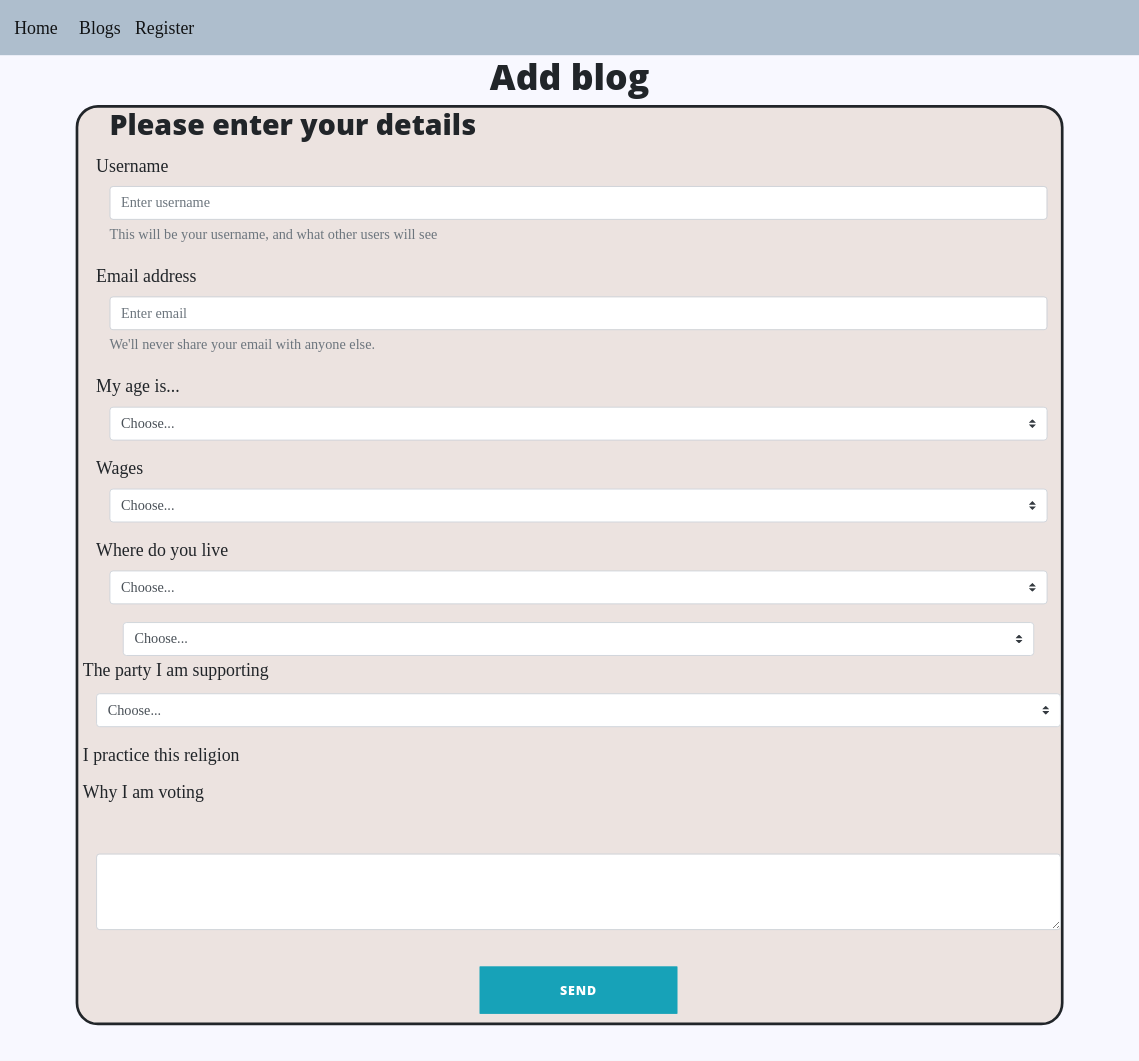
Repository: Rudancy/ms3
Page: templates/add_blog.html
The author's editor kept a record of every edit. The page is drawn from the files as they stood at one moment, then again after the next edit.
The browser window is 1280 px wide. The pictures show the whole page, at 89% of full size.
Some web libraries are served in a nearby version. The template is drawn by Flask 3. The application's start-up code is not run. Other server files are loaded and not shown. The template is opened directly, without the code that normally fills it, so the values that code supplies are empty.

Above is the page before.

### templates/add_blog.html
{% extends 'base.html' %} {% block content %}



<h1>Add blog</h1>

<div class="bd-datainput">
    <div class="container justify-content-center">
        <form action="{{ url_for('insert_blog') }}" method="POST">

            <div class="row mb-1">
                <div class="col-12">
                    <h2>Please enter your details</h2>
                </div>
            </div>
            <div class="row">
                <label for="exampleInputEmail1">Username</label>
            </div>


            <div class="form-row mb-1">
                <div class="col-12">
                    <div class="form-group">

                        <input name="user_name" type="text" class="form-control" id="exampleInputUsername" aria-describedby="username" placeholder="Enter username">
                        <small id="userhelp" class="form-text text-muted">This will be your username, and what other users will see</small>
                    </div>
                </div>
            </div>


            <div class="row">
                <label for="exampleInputEmail1">Email address</label>
            </div>
            <div class="form-row mb-1">
                <div class="col-12">
                    <div class="form-group">

                        <input type="email" name="user_email" class="form-control" id="exampleInputEmail1" aria-describedby="emailHelp" placeholder="Enter email">
                        <small id="emailHelp" class="form-text text-muted">We'll never share your email with anyone else.</small>
                    </div>
                </div>
            </div>
            <div class="row">
                <label for="exampleInputEmail1">My age is...</label>
            </div>
            <div class="form-row">
                <div class="col-12">
                    <div class="input-group mb-3">

                        <select name="user_age" class="custom-select" id="inputGroupSelect02">
                        <option selected>Choose...</option>
                        {% for age in ages %}
                        <option value="{{age.age}}">I am {{age.age}} years old</option>
                        {%endfor%}
                    </select>
                    </div>
                </div>
            </div>



            <div class="row">
                <label for="exampleInputEmail1">Wages</label>
            </div>
            <div class="form-row">
                <div class="col-12">
                    <div class="input-group mb-3">

                        <select name="user_wage" class="custom-select" id="inputGroupSelect02">
                        <option selected>Choose...</option>
                        {% for wage in wages %}
                        <option value="{{wage.wage}}">£{{wage.wage}}</option>
                        {%endfor%}
                    </select>
                    </div>
                </div>
            </div>
            <div class="row">
                <label for="exampleInputEmail1">Where do you live</label>
            </div>
            <div class="row mb-1">
                <div class="col-12">
                    <div class="input-group mb-3">



                        <select name="user_region" class="custom-select" id="inputGroupSelect01">

                        <option selected>Choose...</option>
                        {% for region in regions %}
                        <option value="{{region.region}}">{{region.region}}</option>
                        {%endfor%}
                    </select>
                    </div>
                </div>
            </div>
            <div class="col-12">
                <div class="input-group">


                    <select name="user_religion" class="custom-select" id="inputGroupSelect04">
                        <option selected>Choose...</option>
                        {% for religion in religions %}
                        <option value="{{religion.religion}}">{{religion.religion}}</option>
                        {% endfor %}
                    </select>
                </div>
            </div>
    </div>



    <div class="row mb-1">
        <label for="exampleInputEmail1">The party I am supporting</label>
    </div>

    <div class="row">
        <div class="col-12">
            <div class="input-group mb-3">
                <select name="user_party" class="custom-select" id="inputGroupSelect03">
                        <option selected>Choose...</option>
                        {% for political in parties %}
                        <option value="{{political.political}}">{{political.political}}</option>
                        {%endfor%}
                    </select>
            </div>
        </div>
    </div>

    <div class="row mb-1">
        <label for="exampleInputEmail1">I practice this religion</label>
    </div>


    <div class="row mb-3">
        <label for="exampleInputEmail1">Why I am voting</label>
    </div>
    <div class="row">
        <div class="col-12">
            <div class="form-group">
                <label for="exampleFormControlTextarea1"></label>
                <textarea name="user_comment" class="form-control" id="exampleFormControlTextarea1" rows="3"></textarea>
            </div>
        </div>
    </div>
    <div class="row justify-centre">
        <button type="submit" class="btn btn-info btn-block">Send</button>
    </div>
</div>




</form>
</div>

</div>
{% endblock %}

### templates/base.html
<!DOCTYPE html>
<html lang="en">

<head>
    <meta charset="UTF-8">
    <meta name="viewport" content="width=device-width, initial-scale=1.0">
    <meta http-equiv="X-UA-Compatible" content="ie=edge">
    <title>Document</title>
    <link rel="stylesheet" href="https://cdnjs.cloudflare.com/ajax/libs/font-awesome/5.9.0/css/all.min.css" integrity="sha256-UzFD2WYH2U1dQpKDjjZK72VtPeWP50NoJjd26rnAdUI=" crossorigin="anonymous" />
    <link href="https://stackpath.bootstrapcdn.com/bootstrap/4.3.1/css/bootstrap.min.css" rel="stylesheet" integrity="sha384-ggOyR0iXCbMQv3Xipma34MD+dH/1fQ784/j6cY/iJTQUOhcWr7x9JvoRxT2MZw1T" crossorigin="anonymous">
    <link rel="stylesheet" href="{{url_for('static', filename='css/clean-blog.css')}}" type="text/css" />
    <link rel="stylesheet" href="{{url_for('static', filename='css/style.css')}}" type="text/css" />

</head>

<body>
    <header>
   <nav class="navbar navbar-expand-lg navbar-light bg-light">
  <a class="navbar-brand" href="{{url_for('home')}}">Home</a>
  <button class="navbar-toggler" type="button" data-toggle="collapse" data-target="#navbarSupportedContent" aria-controls="navbarSupportedContent" aria-expanded="false" aria-label="Toggle navigation">
    <span class="navbar-toggler-icon"></span>
  </button>

  <div class="collapse navbar-collapse" id="navbarSupportedContent">
    <ul class="navbar-nav mr-auto">
      <li class="nav-item active">
        <a class="nav-link" href="{{url_for('user_blogs')}}">Blogs <span class="sr-only">(current)</span></a>
      </li>
      <li class="nav-item active">
        <a class="nav-link" href="{{url_for('add_blog')}}">Register <span class="sr-only">(current)</span></a>
      </li>


    </ul>

  </div>
</nav>

    </header>



    <div class="container">
        {% block content %} {% endblock %}
    </div>
    <script href="https://code.jquery.com/jquery-3.3.1.slim.min.js" integrity="sha384-q8i/X+965DzO0rT7abK41JStQIAqVgRVzpbzo5smXKp4YfRvH+8abtTE1Pi6jizo" crossorigin="anonymous"></script>
    <script href="https://cdnjs.cloudflare.com/ajax/libs/popper.js/1.14.7/umd/popper.min.js" integrity="sha384-UO2eT0CpHqdSJQ6hJty5KVphtPhzWj9WO1clHTMGa3JDZwrnQq4sF86dIHNDz0W1" crossorigin="anonymous"></script>
    <script href="https://stackpath.bootstrapcdn.com/bootstrap/4.3.1/js/bootstrap.min.js" integrity="sha384-JjSmVgyd0p3pXB1rRibZUAYoIIy6OrQ6VrjIEaFf/nJGzIxFDsf4x0xIM+B07jRM" crossorigin="anonymous"></script>
    <script src="{{ url_for('static', filename='vendor/jquery/jquery.min.js') }}"></script>
    <script src="{{ url_for('static', filename='vendor/bootstrap/js/bootstrap.bundle.min.js') }}"></script>
</body>

</html>

### static/css/style.css
@import url('https://fonts.googleapis.com/css?family=Roboto&display=swap');

.main-home {
    background-color: #ece3e0;
    padding: 40px;
    border-radius: 28px;
    margin-bottom: 55px;
}


p {
    font-family: 'Roboto', sans-serif;
    font-weight: 500;
}




.user-borders {
    border-style: solid;
}

.options {
    background-color: red;
    font-size: inherit;
}

.bd-datainput {
    background-color: #ece3e0;
    border-style: solid;
    padding-left: 20px;
    border-radius: 25px;
    margin-bottom: 40px;



}

.data-input-header {
    padding-right: 10px;

}

/*-------------------------------------------thumbnail styling--------------------*/

.thumbnail {
    display: block;
    padding: 4px;
    margin-bottom: 20px;
    line-height: 1.42857143;
    background-color: transparent;
    border: 1px solid transparent;
    border-radius: 4px;
    -webkit-transition: border .2s ease-in-out;
    -o-transition: border .2s ease-in-out;
    transition: border .2s ease-in-out;
    text-align: center;

}


thumbnail img {
    text-align: center;
    filter: grayscale(100%);
    transition: transform 2s;
}

.thumbnail img:hover {
    filter: grayscale(0);

    border-color: #f07f03;
}

/*-------------------------------------thumbnail party pics----------------------*/

#conservative-pic,
#SNP-pic,
#labour-pic,
#brexit-pic,
#dup-pic,
#green-pic,
#lib-pic,
#plaid-pic {
    display: inline-block;
    width: 200px;
    height: 200px;
    padding: 4px;
    line-height: 1.42857143;
    background-color: transparent;
    border: 5px solid #797575;
    border-radius: 70px;
    -webkit-transition: all .2s ease-in-out;
    -o-transition: all .2s ease-in-out;
    transition: all .2s ease-in-out;
}

hr {
    display: block;
    position: relative;
    padding: 0;
    margin: 8px auto;
    height: 0;
    width: 80%;
    max-height: 0;
    font-size: 1px;
    line-height: 0;
    clear: both;
    border: none;
    border-top: 1px solid #aaaaaa;
    border-bottom: 1px solid #ffffff;
    margin-bottom: 45px;
}

.btn-block-home {
    display: block;
    width: 48%;
    margin-bottom: 10px;
    margin-top: 25px;
    margin-left: auto;
    margin-right: auto;
}



.main-heading {
    margin-bottom: 25px;
    text-align: center;
    margin-bottom: 30px;
}

.sub-heading-logo {
    margin-bottom: 25px;
}


.hr-style {
    margin-top: 45px;
}



.main-text {
    text-align: center;
}


.output-info {
    margin-left: 30px;

}

.output-info-name {
    padding-top: 12px;
    margin-left: 30px;
}



.blog-output {
    background-color: #ece3e0;
    border-radius: 25px;
    width: 60%;
    border: solid;
    border-color: slategray;
    border-style: double;
}

h3,
h1 {
    text-align: center;
}


#main-header {
    text-align: center;
    margin-top: 40px;
    margin-bottom: 40px;
}


.modal-heading {}

.modal-content p {}


body {
    margin-bottom: 20px;
    background-color: ghostwhite;
}


.bottom-button {
    margin-bottom: 50px;
}

.btn-warning {
    color: #212529;
    background-color: #f7ec90;
    border-color: #ffc107;
}

.btn-block {
    display: block;
    width: 20%;
    margin-bottom: 10px;
    margin-top: 25px;
    margin-left: auto;
    margin-right: auto;
}


.blog-title {
    margin-bottom: 50px;
    margin-top: 50px;
}


.bg-light {
    background-color: #aebecd!important;
}


btn-block-home {
    display: block;
    width: 48%;
    margin-bottom: 10px;
    margin-top: 25px;
    margin-left: auto;
    margin-right: auto;
}


.blog-bg{
     background: url(../images/barad-dur.jpg) no-repeat center center fixed;
    -webkit-background-size: cover;
    -moz-background-size: cover;
    -o-background-size: cover;
    background-size: cover;
    z-index: 1000;
    padding-bottom: 30px;
    width: 100vw;
    min-height: 100vh;

}

Loaded but not shown: static/css/clean-blog.css (411 lines, source omitted)

After the next edit:
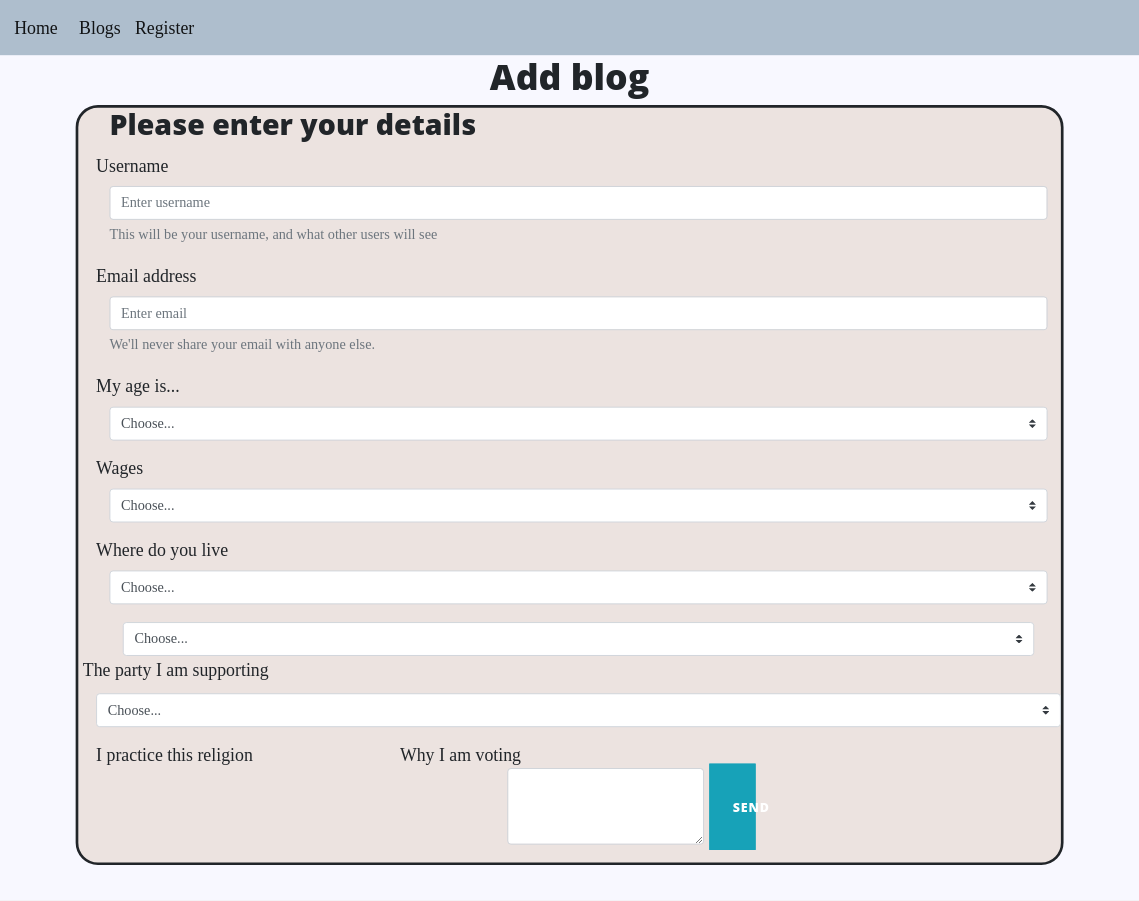
The edit:
--- a/templates/add_blog.html
+++ b/templates/add_blog.html
@@ -129,6 +129,7 @@
     </div>
 
     <div class="row mb-1">
+        <div class="col-4">
         <label for="exampleInputEmail1">I practice this religion</label>
     </div>
 

After the edit that followed:
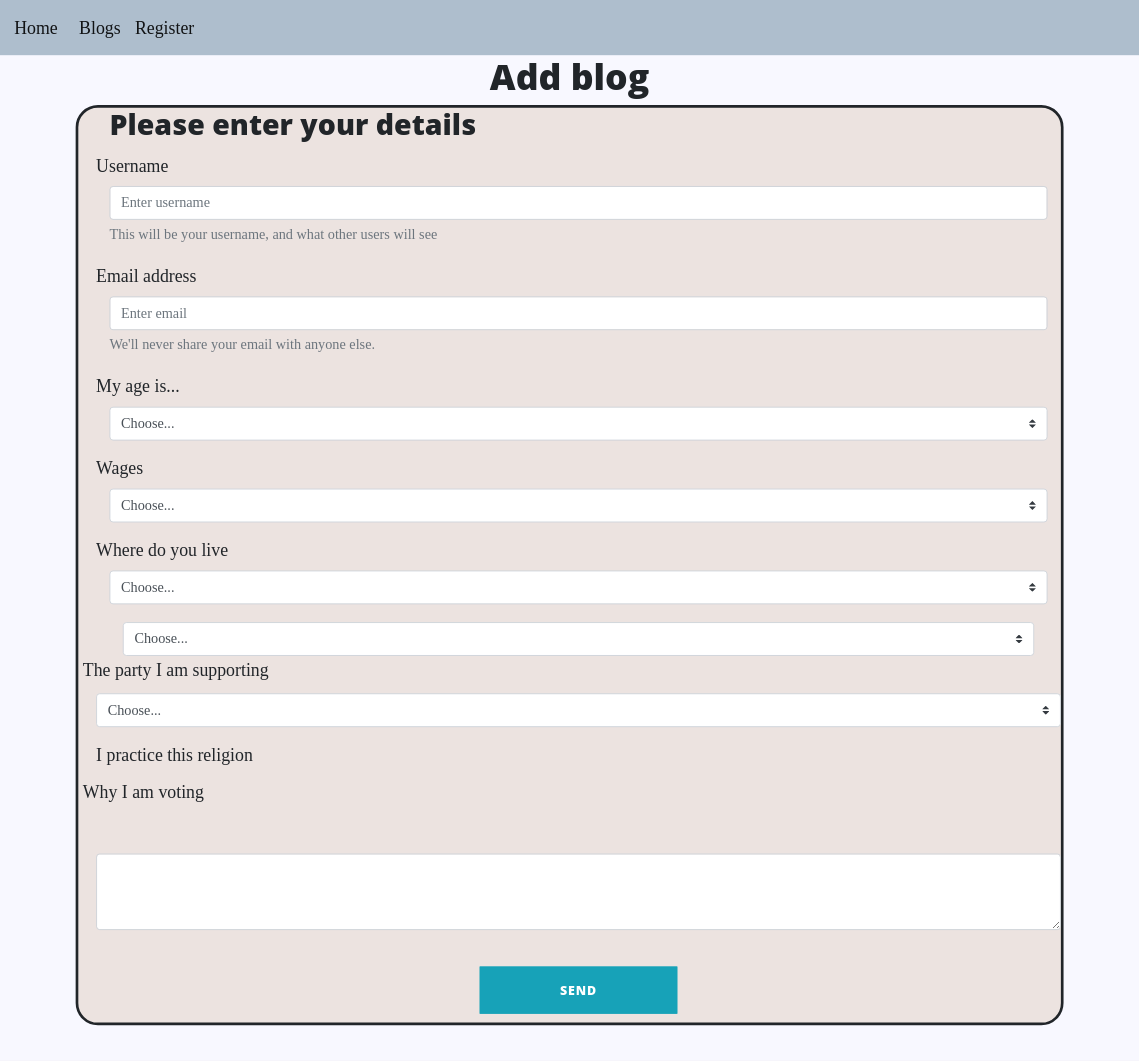
The edit:
--- a/templates/add_blog.html
+++ b/templates/add_blog.html
@@ -130,9 +130,9 @@
 
     <div class="row mb-1">
         <div class="col-4">
-        <label for="exampleInputEmail1">I practice this religion</label>
+            <label for="exampleInputEmail1">I practice this religion</label>
+        </div>
     </div>
-
 
     <div class="row mb-3">
         <label for="exampleInputEmail1">Why I am voting</label>
